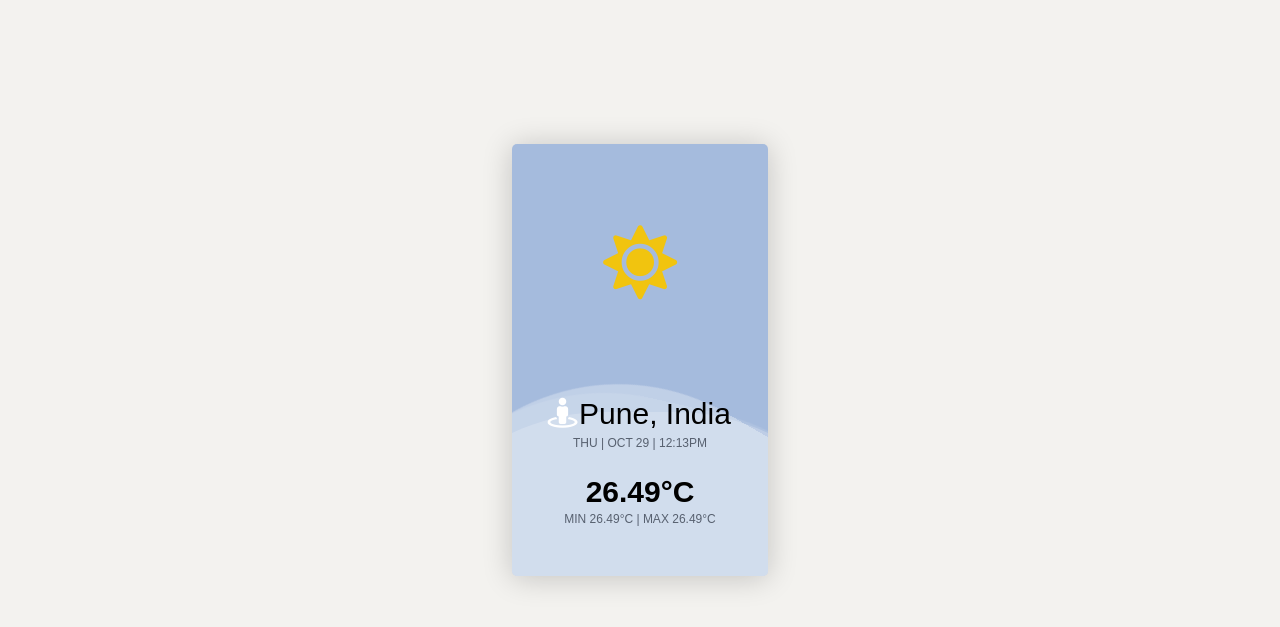
Repository: AalokJadhav/Weather_Website
Page: home.html
An editor plug-in stored every save of this project. The page is shown before and after the next save, followed by the edit.
The browser window is 1280 px wide. The pictures show the whole page.
Some web libraries are served in a nearby version.

Above is the page before, as saved 2020-10-29 16:38:16.

After the next save:
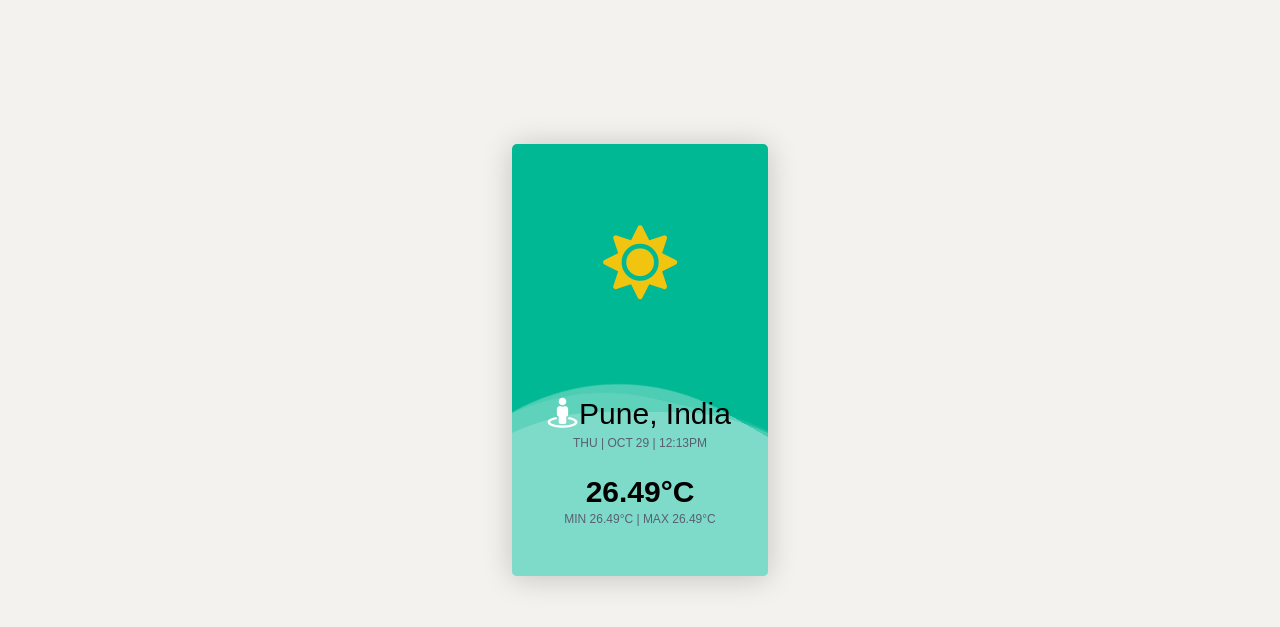
Saved 2 min 54 s later.
--- a/home.html
+++ b/home.html
@@ -40,7 +40,7 @@
             height: 60vh;
             border-radius: 0.5rem;
             box-shadow: 0 0.2rem 3rem rgba(0, 0, 0, 0.2);
-            background: #a5bbdd;
+            background: #00b894;
             position: relative;
             overflow: hidden;
             transform: translate3d(0, 0, 0);
